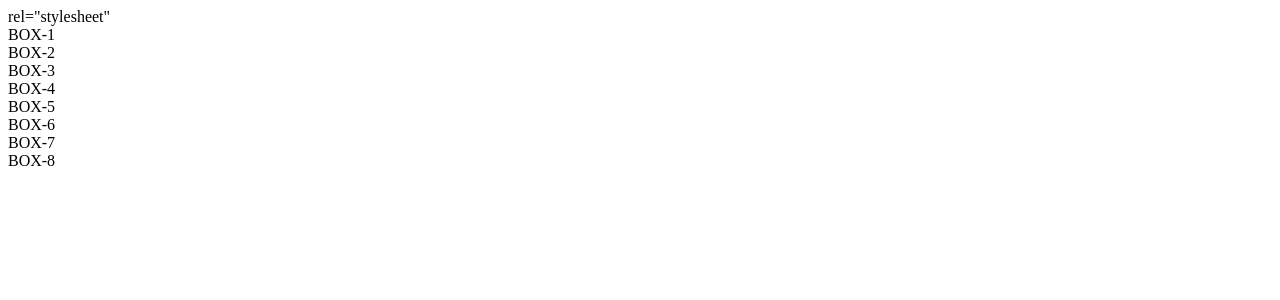
Repository: ARUN-YERRAM/HTMLLEARNING
Page: indxs.html
An editor plug-in stored every save of this project. The page is shown before and after the next save, followed by the edit.
The browser window is 1280 px wide. The pictures show the whole page.

Above is the page before, as saved 2024-01-26 22:02:51.

### indxs.html
<!DOCTYPE html>
<html lang="en">
<head>
    <meta charset="UTF-8">
    <meta name="viewport" content="width=device-width, initial-scale=1.0">
    <title>Document</title>
    <link> rel="stylesheet"
</head>
<body>

    <div class="container">
        <div class="box">BOX-1</div>
        <div class="box">BOX-2</div>
        <div class="box">BOX-3</div>
        <div class="box">BOX-4</div>
        <div class="box">BOX-5</div>
        <div class="box">BOX-6</div>
        <div class="box">BOX-7</div>
        <div class="box">BOX-8</div>
    </div>
</body>
</html>

After the next save:
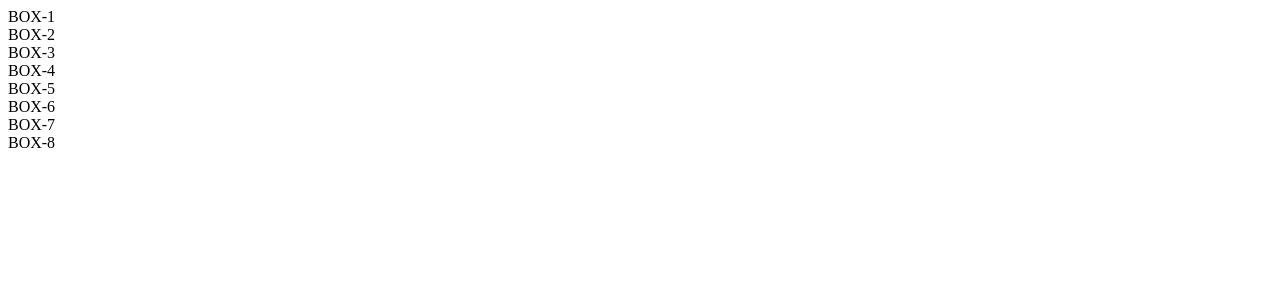
Saved 7 s later.
--- a/indxs.html
+++ b/indxs.html
@@ -4,7 +4,7 @@
     <meta charset="UTF-8">
     <meta name="viewport" content="width=device-width, initial-scale=1.0">
     <title>Document</title>
-    <link> rel="stylesheet"
+    <link rel="stylesheet"
 </head>
 <body>
 
